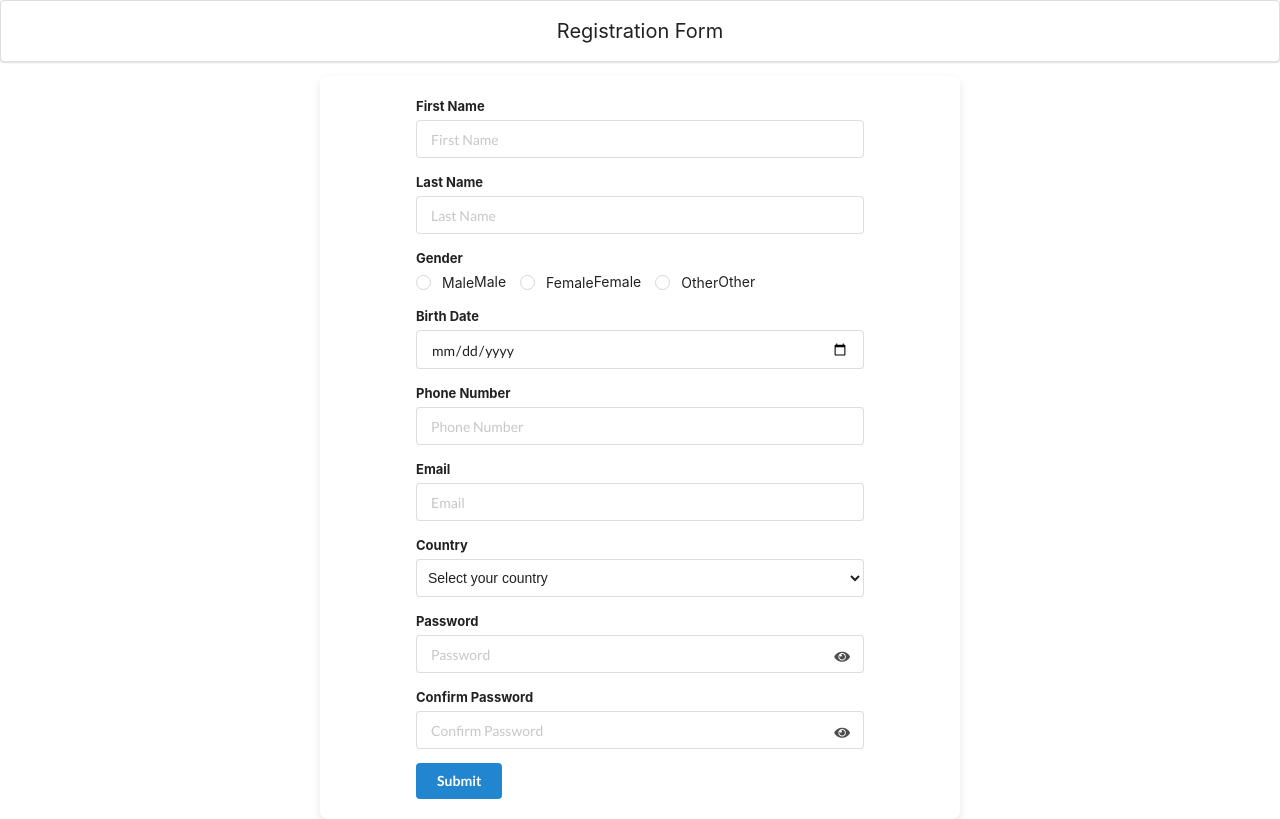
Repository: Wahid137/registration-form
Page: /
These files come from the project's save history. The page is drawn as it stood at one moment and after the next save; the edit follows.
The browser window is 1280 px wide. The pictures show the whole page.
The project was rebuilt for these pictures with package versions that can differ from the ones it lists, and the page was loaded fresh each time.

Above is the page before, as saved 2024-05-01 16:45:59.

After the next save:
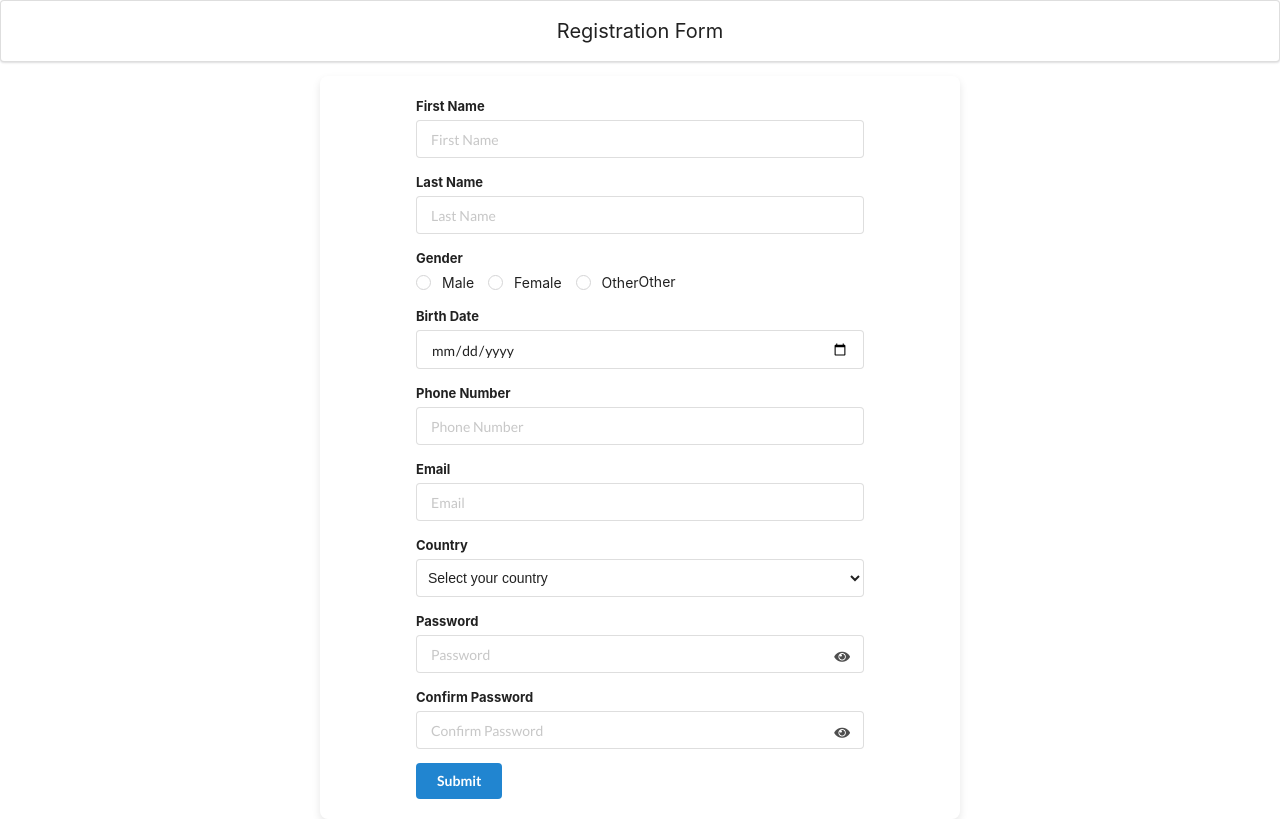
Saved 35 s later.
--- a/src/components/Register.js
+++ b/src/components/Register.js
@@ -151,7 +151,7 @@ const Register = () => {
                                     label="Male"
                                     {...register("gender")}
                                     value="male"
-                                />                                <label htmlFor="male">Male</label>
+                                />
                             </div>
                             <div className="gender-option">
                                 <Radio
@@ -159,7 +159,7 @@ const Register = () => {
                                     label="Female"
                                     {...register("gender")}
                                     value="female"
-                                />                                 <label htmlFor="female">Female</label>
+                                />
                             </div>
                             <div className="gender-option">
                                 <Radio
